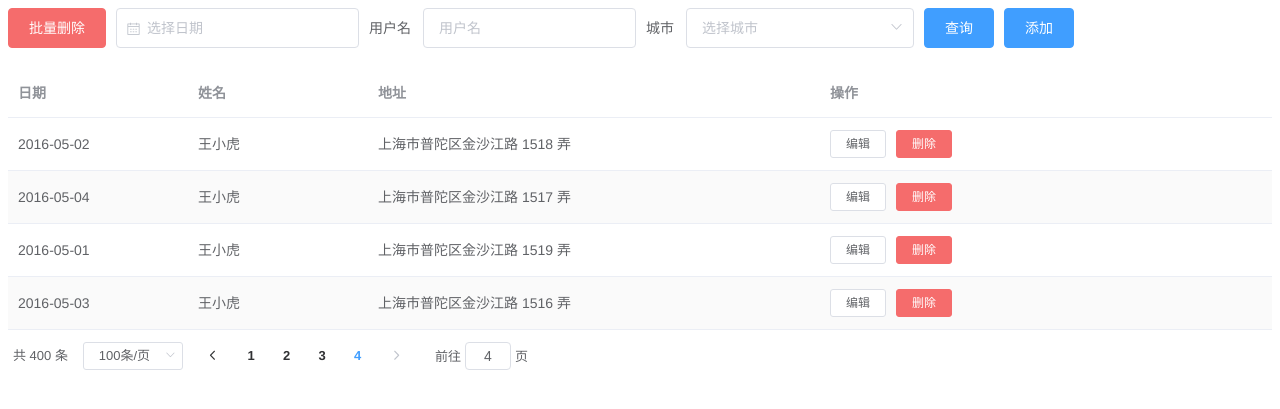
Repository: chang-meng-yun/vue_project
Page: /
The author's editor kept a copy of each file at every save. The page is drawn from the files as they stood at one save, then again after the next save.
The browser window is 1280 px wide. The pictures show the whole page.
The project was rebuilt for these pictures with package versions that can differ from the ones it lists, and the page was loaded fresh each time. Also part of the build but not shown: vue.config.js, src/VBindStudy.vue, src/HomeWork.vue, src/components/HelloWorld.vue, src/views/HomeView.vue.

Above is the page before, as saved 2024-06-27 12:32:41.

### public/index.html
<!DOCTYPE html>
<html lang="">
  <head>
    <meta charset="utf-8">
    <meta http-equiv="X-UA-Compatible" content="IE=edge">
    <meta name="viewport" content="width=device-width,initial-scale=1.0">
    <link rel="icon" href="<%= BASE_URL %>favicon.ico">
    <!-- <title><%= htmlWebpackPlugin.options.title %></title> -->
     <title>我是首页</title>
  </head>
  <body>
    <noscript>
      <strong>We're sorry but <%= htmlWebpackPlugin.options.title %> doesn't work properly without JavaScript enabled. Please enable it to continue.</strong>
    </noscript>
    <!-- 显示内容的地方 -->
    <div id="app"></div>
    <!-- built files will be auto injected -->
  </body>
</html>

### src/main.js
import Vue from 'vue'
import App from './App.vue'
import ElementUI from 'element-ui';
import 'element-ui/lib/theme-chalk/index.css';
import router from './router'

Vue.use(ElementUI);

Vue.config.productionTip = false
new Vue({
  router,
  render: h => h(App)
}).$mount('#app')

### src/App.vue
<template>
  <div id="app">
    <!-- <Hello></Hello> -->
    <!-- <VBindStudy></VBindStudy> -->
     <!-- <HomeWork></HomeWork> -->
      <!-- <reHome></reHome> -->
       <!-- <Model></Model> -->
        <FromFrame></FromFrame>
  </div>
</template>
<script>
  // 导入组件
  import Hello from '@/Hello.vue'
  import VBindStudy from '@/VBindStudy'
  import HomeWork from '@/HomeWork'
    import reHome from './views/reHome.vue'
  import FromFrame from '@/FromFrame.vue'
     // import Model from './views/Model.vue'
  export default{
    components:{
        Hello,
        VBindStudy,
        HomeWork,
        FromFrame
        // Model
    },
    data(){
      return{
        mark:true,
        name:"张三",
        mywidth:"350px",
        myImage:require("./assets/花.jpg")
      }
    },
    methods:{
     controller_div(){
        this.mark=!this.mark
        console.log(this.mark)
      },
      changeSize(){
        this.mywidth="500px"
      },
      changeImage(){
        console.log("pakaqiu")
        this.myImage=require("./assets/小樱花.webp")
      }
     }
    }
</script>
<style>
.box{
    width: 200px;
    height: 200px;
    background-color: red;
}
#app {
  font-family: Avenir, Helvetica, Arial, sans-serif;
  -webkit-font-smoothing: antialiased;
  -moz-osx-font-smoothing: grayscale;
  text-align: center;
  color: #2c3e50;
}

nav {
  padding: 30px;
}

nav a {
  font-weight: bold;
  color: #2c3e50;
}

nav a.router-link-exact-active {
  color: #42b983;
}
</style>

### src/Hello.vue
<template>
  <div>
        <!-- <nav>
      <router-link to="/">Home</router-link> |
      <router-link to="/about">About</router-link>
    </nav> -->
    <!-- <el-row>
      <el-button>默认按钮</el-button>
      <el-button type="primary">主要按钮</el-button>
      <el-button type="success">成功按钮</el-button>
      <el-button type="info">信息按钮</el-button>
      <el-button type="warning">警告按钮</el-button>
      <el-button type="danger">危险按钮</el-button>
    </el-row> -->

    <!-- <input  type="text" v-model="username"> -->
     <!-- <div  v-if="mark" class="box">
      div1-if标签
     </div> -->
     <!-- <el-button type="primary" v-on:click="controller_div()">控制div</el-button> -->
     <!-- <div  v-show ="mark" class="box"> -->
      <!-- div2-show标签 -->
     <!-- </div> -->
    <!-- <div>
      {{username}}
    </div> -->
    <!-- <router-view/> -->
     <!-- <hr> -->

     <el-row>
        <el-col :span="12">
          <div class="grid-content bg-purple">
         <img src="./assets/小雏菊.webp" v-bind:width="mywidth" />
         <br>
         <el-button type="primary" @click="changeSize()">改变大小</el-button>
        </div>
      </el-col>

        <el-col :span="12">
          <div class="grid-content bg-purple-light">
            <img v-bind:src="myImage" width="350px" />
            <br>
            <el-button type="primary" @click="changeImage()">改变图片</el-button>
        </div>
      </el-col>
      </el-row>

  </div>
</template>
<script>
     export default{
    // components:{
    //     Hello,
    //     VBindStudy
    // },
    data(){
      return{
        mark:true,
        name:"张三",
        mywidth:"350px",
        myImage:require("./assets/花.jpg")
      }
    },
    methods:{
     controller_div(){
        this.mark=!this.mark
        console.log(this.mark)
      },
      changeSize(){
        this.mywidth="500px"
      },
      changeImage(){
        console.log("pakaqiu")
        this.myImage=require("./assets/小樱花.webp")
      }
     },
     components:{

     }
    }
  </script>
  <style>
  .box{
      width: 200px;
      height: 200px;
      background-color: red;
  }
  #app {
    font-family: Avenir, Helvetica, Arial, sans-serif;
    -webkit-font-smoothing: antialiased;
    -moz-osx-font-smoothing: grayscale;
    text-align: center;
    color: #2c3e50;
  }

  nav {
    padding: 30px;
  }

  nav a {
    font-weight: bold;
    color: #2c3e50;
  }

  /* nav a.router-link-exact-active {
    color: #42b983;
  } */
  </style>

### src/views/reHome.vue
<template>
    <div>
       <h3>请选择你喜欢的语言</h3>
       <table cellspacing="0" border="1" style="margin: 0 auto;">
        <tr>
            <td v-for="(obj,index) in subjects"
            :key="index"
            v_bind :class="{'bg1':obj.mark}"
            @click="changeColor(obj,index)">
            {{obj.name}}
            </td>
        </tr>
       </table>
       <p>我最喜欢的语言是{{proname}}</p>
    </div>
</template>
<script>
  export default{
    data(){
        return{
          proname:"java",
          subjects:[
            {name:"Java",mark:true},
            {name:"C",mark:false},
            {name:"C++",mark:false},
            {name:"Python",mark:false},
          ]
        }
    },
    methods:{
        changeColor(obj,index){
            console.log(obj,index)
            this.proname=obj.name
            for(var i = 0;i<this.subjects.length;i++){
                this.subjects[i].mark=false;
            }
            obj.mark=true;
        }
    },
    components:{

    },
  }
</script>
<style>
 tr td{
        width: 200px;
        height: 50px;
        /* background-color: rgb(130, 236, 176); */
    }
    .bg1{
        /* background-color: rgb(218, 103, 80); */
    }
</style>

### src/FromFrame.vue
<template>
    <div>
        <!-- 功能区域 -->
        <div style="float: left;">
              <el-form :inline="true" :model="formInline" class="demo-form-inline">
                <el-form-item>
                    <el-button type="danger" @click="deleteAll">批量删除</el-button>
                  </el-form-item>
                <el-form-item prop="date1">
                    <el-date-picker type="date" placeholder="选择日期" v-model="formInline.date1" style="width: 100%;"></el-date-picker>
                  </el-form-item>
                <el-form-item label="用户名">
                  <el-input v-model="formInline.user" placeholder="用户名"></el-input>
                </el-form-item>
                <el-form-item label="城市">
                  <el-select v-model="formInline.region" placeholder="选择城市">
                    <el-option label="上海" value="shanghai"></el-option>
                    <el-option label="北京" value="beijing"></el-option>
                  </el-select>
                </el-form-item>
                <el-form-item>
                  <el-button type="primary" @click="onSubmit">查询</el-button>
                </el-form-item>
                <el-form-item>
                    <el-button type="primary" @click="addUser">添加</el-button>
                  </el-form-item>
              </el-form>
        </div>


        <!-- 数据显示区 -->
    <div>
        <el-table :data="tableData" stripe style="width: 100%">
        <el-table-column  prop="date" label="日期"width="180"></el-table-column>
        <el-table-column prop="name" label="姓名" width="180"></el-table-column>
        <el-table-column
          prop="address"
          label="地址">
        </el-table-column>
        <el-table-column label="操作">
            <template slot-scope="scope">
              <el-button
                size="mini"
                @click="handleEdit(scope.$index, scope.row)">编辑</el-button>
              <el-button
                size="mini"
                type="danger"
                @click="handleDelete(scope.$index, scope.row)">删除</el-button>
            </template>
          </el-table-column>
      </el-table>
    </div>
    <!-- 完整功能--页码 -->
    <div class="block" style="margin-top: 10px;float: left;">
        <span class="demonstration"></span>
        <el-pagination
          @size-change="handleSizeChange"
          @current-change="handleCurrentChange"
          :current-page="currentPage4"
          :page-sizes="[100, 200, 300, 400]"
          :page-size="100"
          layout="total, sizes, prev, pager, next, jumper"
          :total="400">
        </el-pagination>
      </div>
    </div>
</template>
<script>
     export default{
        data(){
        return{
            tableData: [{
            date: '2016-05-02',
            name: '王小虎',
            address: '上海市普陀区金沙江路 1518 弄'
            }, {
            date: '2016-05-04',
            name: '王小虎',
            address: '上海市普陀区金沙江路 1517 弄'
            }, {
            date: '2016-05-01',
            name: '王小虎',
            address: '上海市普陀区金沙江路 1519 弄'
            }, {
            date: '2016-05-03',
            name: '王小虎',
            address: '上海市普陀区金沙江路 1516 弄'
            }],
            formInline: {
            user: '',
            region: '',
            date1: '',
            },
            currentPage1: 5,
            currentPage2: 5,
            currentPage3: 5,
            currentPage4: 4
         }
        },
        methods: {
            handleEdit(index, row) {
            console.log(index, row);
            },
            handleDelete(index, row) {
            console.log(index, row);
            },
            onSubmit() {
           console.log('submit!');
           },
           handleSizeChange(val) {
           console.log(`每页 ${val} 条`);
            },
            handleCurrentChange(val) {
                console.log(`当前页: ${val}`);
            },
            deleteAll(){
                // 批量删除
                console.log("deleteAll====")
            },
            addUser(){
                // 添加
                console.log("addUser====")
            }
        },
        components:{

        }
     }
</script>
<style>

</style>

Loaded but not shown: src/router/index.js (common file)

After the next save:
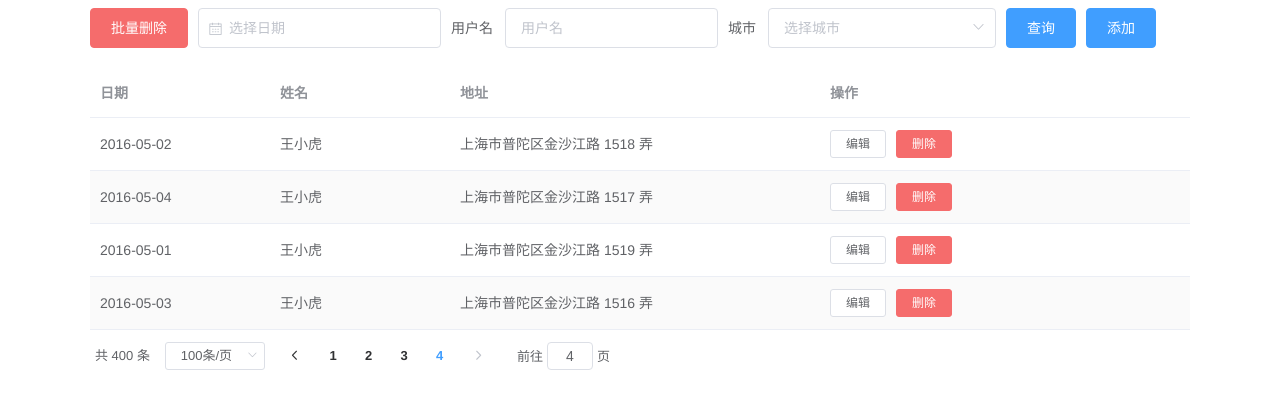
Saved 46 s later.
--- a/src/FromFrame.vue
+++ b/src/FromFrame.vue
@@ -1,5 +1,5 @@
 <template>
-    <div>
+    <div style="width: 1100px;margin: 0 auto;">
         <!-- 功能区域 -->
         <div style="float: left;">
               <el-form :inline="true" :model="formInline" class="demo-form-inline">
